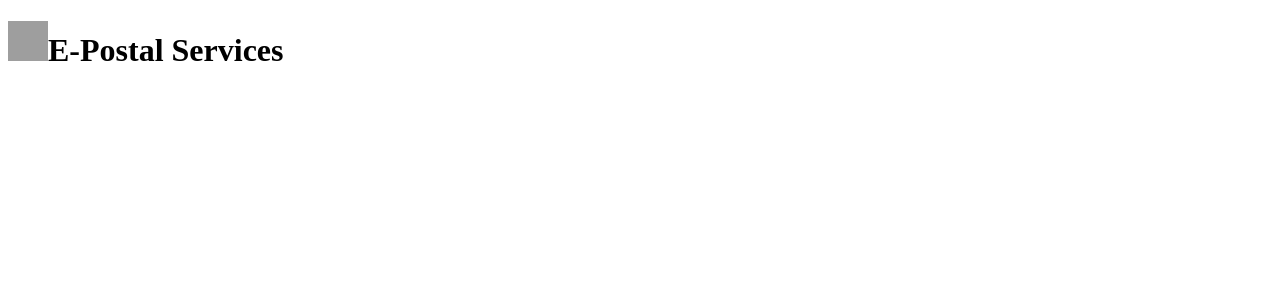
Repository: pratikmathur279/E-Postal-Services-1
Page: http://localhost/Project/header.jsp
An editor plug-in stored every save of this project. The page is shown before and after the next save, followed by the edit.
The browser window is 1280 px wide. The pictures show the whole page.
Pictures or frames that could not be fetched are drawn as grey boxes. The page is served by Tomcat 9. Other server files are loaded and not shown.

Above is the page before, as saved 2014-07-29 05:05:04.

### Project/WebContent/header.jsp
<%@ page language="java" contentType="text/html; charset=ISO-8859-1"
    pageEncoding="ISO-8859-1"%>
<!DOCTYPE html PUBLIC "-//W3C//DTD HTML 4.01 Transitional//EN" "http://www.w3.org/TR/html4/loose.dtd">
<html>
<head>
<meta http-equiv="Content-Type" content="text/html; charset=ISO-8859-1">
<title>Insert title here</title>
</head>
<body  background="">
<h1><img src="E:\Project\PostOffice_logo.png" height="40" width="40">E-Postal Services</h1>
</body>
</html>

After the next save:
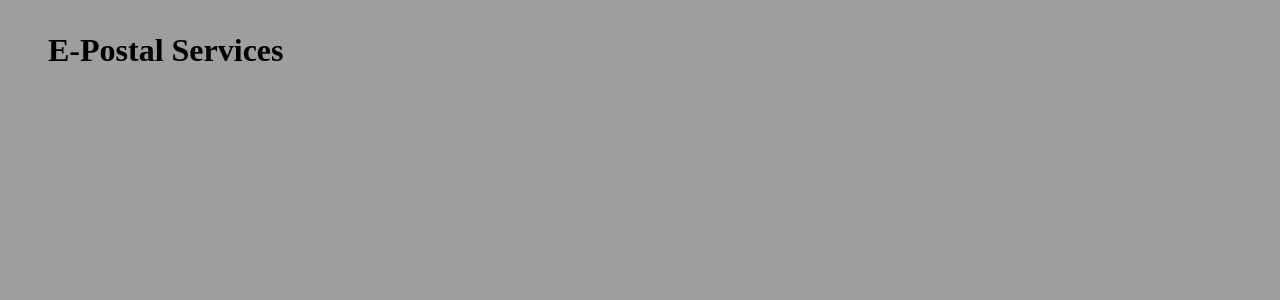
Saved 27 s later.
--- a/Project/WebContent/header.jsp
+++ b/Project/WebContent/header.jsp
@@ -6,7 +6,7 @@
 <meta http-equiv="Content-Type" content="text/html; charset=ISO-8859-1">
 <title>Insert title here</title>
 </head>
-<body  background="">
+<body  background="E:\Project\body-bg.png">
 <h1><img src="E:\Project\PostOffice_logo.png" height="40" width="40">E-Postal Services</h1>
 </body>
 </html>
